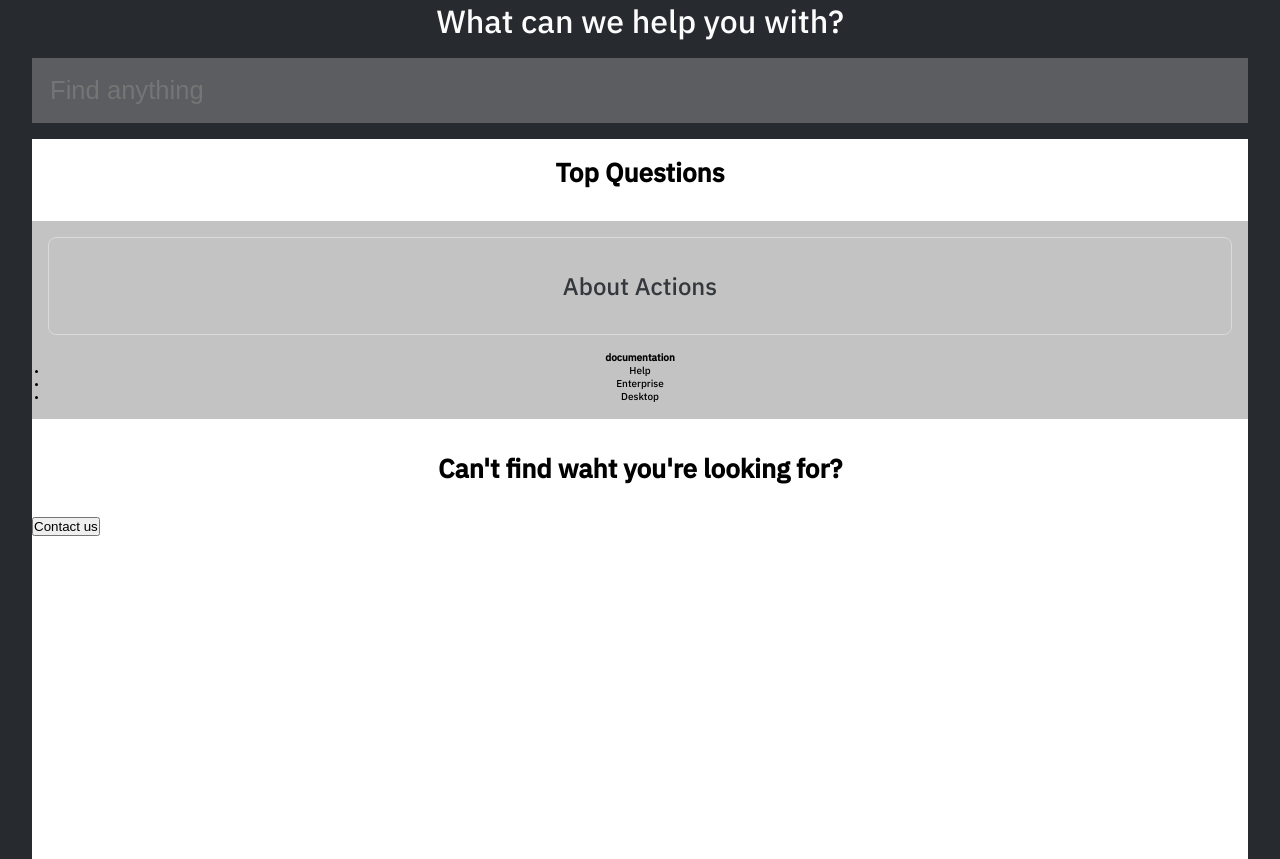
Repository: Hcmwebs/Help-Center-UI-
Page: index.html
An editor plug-in stored every save of this project. The page is shown before and after the next save, followed by the edit.
The browser window is 1280 px wide. The pictures show the whole page.
The style sheet was rebuilt from its Sass, Less or Tailwind sources for each picture, by a compiler version that may differ from the author's.

Above is the page before, as saved 2020-08-25 23:30:12.

After the next save:
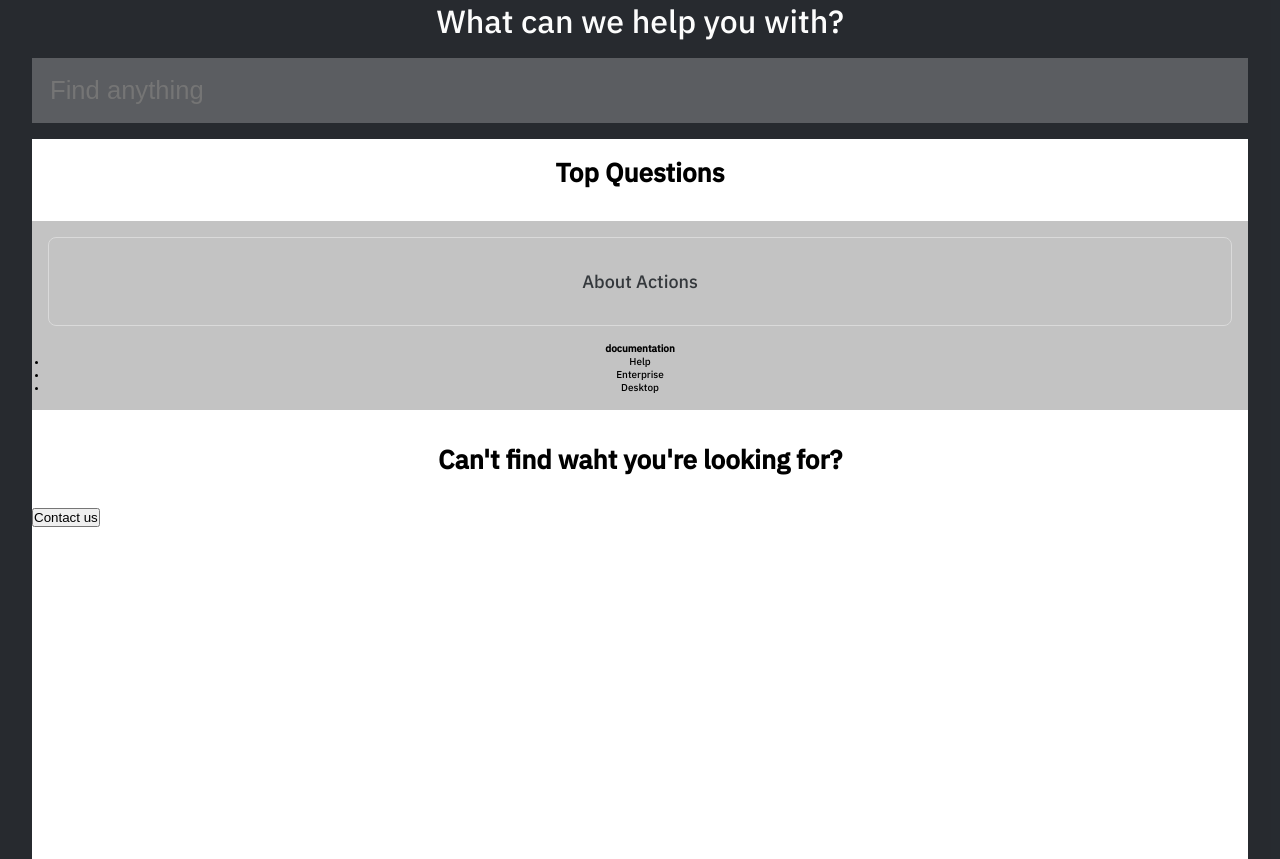
Saved 37 s later.
--- a/scss/styles.scss
+++ b/scss/styles.scss
@@ -80,7 +80,7 @@ header{
 
 
             h3{
-                font-size: 24px;
+                font-size: 18px;
                 font-weight: 500;
                 padding: 1rem 0;
                 text-align: center;
